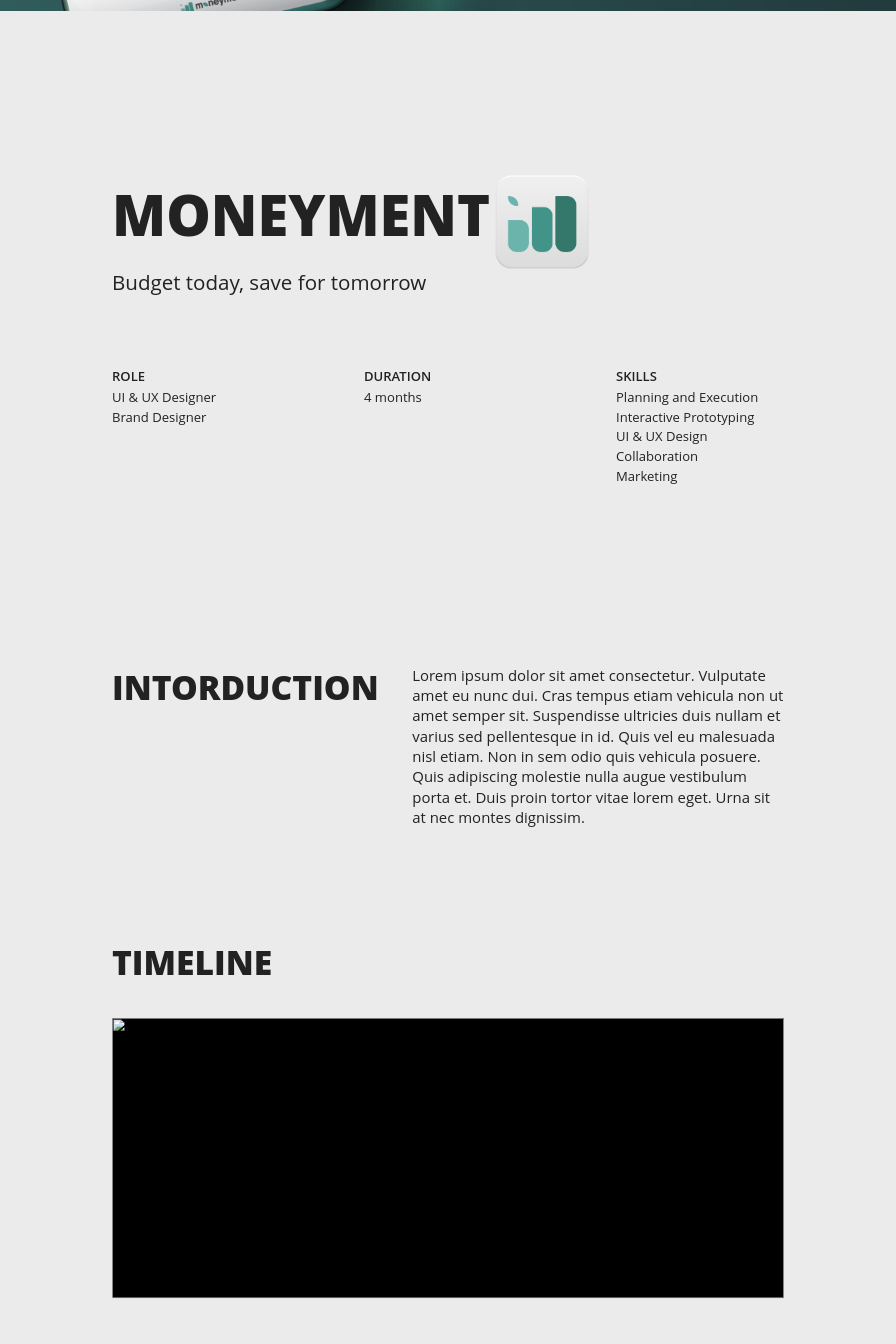
Repository: Haydenleung/Artifact
Page: /
An editor plug-in stored every save of this project. The page is shown before and after the next save, followed by the edit.
The browser window is 1280 px wide. The pictures show the part of the page from y = 902 to 2822 px (the page is 11971 px tall before and 11947 px after), at 70% of full size.
The project was rebuilt for these pictures with package versions that can differ from the ones it lists, and the page was loaded fresh each time. The framework's server and built-in components were replaced by stand-ins that run in the browser. Also part of the build but not shown: next.config.mjs.

Above is the page before, as saved 2024-01-29 16:11:04.

### src/pages/_app.tsx
import "@/styles/globals.css";
import type { AppProps } from "next/app";
import { ParallaxProvider } from 'react-scroll-parallax';

export default function App({ Component, pageProps }: AppProps) {
  return (
    <ParallaxProvider>
      <Component {...pageProps} />
    </ParallaxProvider>
  );
}

### src/pages/index.tsx
import Image from "next/image";
import Navbar from "@/components/Navbar";
import CaseStudy from "@/components/CaseStudy";
import Template from "@/components/Template";

export default function Home() {
  return (
    <main className={"page"}>
      <Navbar />
      <div className={"caseStudy"}>
        <CaseStudy />
      </div>
    </main>
  )
}

### src/styles/globals.css
/* ==========================================================================
    [Table of contents]

    1. BASE
        1.1 Page Rendering Defaults
        1.2 Core Styling
        1.3 Typography
    2. LAYOUT
        2.1 Core Layout
        2.2 Small only
        2.3 medium and up
        2.4 Medium only
        2.5 large screens and up
    3. UTILITY classes
    4. PRINT

    ========================================================================== */

/* ==========================================================================
   BASE
   ========================================================================== */

/* 1.1 Page Rendering Defaults */

html {
  color: #222;
  font-size: 1em;
}

::-moz-selection {
  background: #b3d4fc;
  text-shadow: none;
}

::selection {
  background: #b3d4fc;
  text-shadow: none;
}

audio,
canvas,
iframe,
i,
img,
svg,
video {
  vertical-align: middle;
}

fieldset {
  border: 0;
  margin: 0;
  padding: 0;
}

textarea {
  resize: vertical;
}

/* 1.2 Core Styling */

/* refer to https://css-tricks.com/box-sizing/ */

*,
*:before,
*:after {
  box-sizing: border-box;
}

img {
  width: 100%;
}

/* 1.3 Typgraphy */

@import url('https://fonts.googleapis.com/css2?family=Open+Sans:ital,wght@0,300;0,400;0,500;0,600;0,700;0,800;1,300;1,400;1,500;1,600;1,700;1,800&display=swap');

h1,
h2,
h3,
h4,
h5,
h6 {
  font-weight: 400;
  /* text-align: center; */
  margin: 0;
}

h1 {
  font-size: 60pt;
  font-weight: 200;
}

h2 {
  font-size: 16pt;
}

h4 {
  font-size: 9pt;
}

h5 {
  font-size: 8pt;
}

* {
  font-family: 'Open Sans', sans-serif;
}


/* ==========================================================================
 2. LAYOUT
 ========================================================================== */

/* Helper to display empty layout containers*/

div,
main,
section,
footer,
header {
  /* outline: 1px solid #ccc; */
}

body {
  padding: 0;
  margin: 0;
  background-color: rgb(235, 235, 235);
}

/* 2.1 Core layout */

.row {
  display: grid;
  row-gap: 1rem;
}

.col {
  position: relative;
}

.page {
  display: flex;
  flex-direction: column;
  justify-content: center;
  align-items: center;
}

.caseStudy {
  width: 100%;
  padding: 0rem 0rem;
}

/* Navbar */

/* 2.2 Small only */

@media screen and (max-width: 39.9375em) {}

/* 2.3 medium and up */

@media screen and (min-width: 40em) {}

/* 2.4 Medium only */

@media screen and (min-width: 40em) and (max-width: 63.9375em) {}

/* 2.5 large screens and up 2.6 Large only */

/* @media screen and (min-width: 64em) {

} */

### src/components/Navbar/index.tsx
import styles from './navbar.module.css'
import Image from 'next/image'
import Link from 'next/link'
import { useState } from 'react'
import logo from '../../../public/image/Logo.webp';


export default function Navbar() {

    const [isPage, setIsPage] = useState("Work");

    return (
        <div className={styles.container}>
            <Image className={styles.logo} src={logo} alt="logo" objectFit={'contain'} />
            <div className={styles.pages}>
                <Link href="/" className={isPage === "Work" ? styles.bold : styles.normal}>work</Link>
                <Link href="/" className={isPage === "about" ? styles.bold : styles.normal}>about</Link>
                <Link href="/" className={isPage === "resume" ? styles.bold : styles.normal}>resume</Link>
            </div>
        </div>
    )
}

### src/components/CaseStudy/index.tsx
import Image from "next/image"
import styles from './casestudy.module.css'
import banner from "../../../public/image/moneyment/banner.webp"
import icons from "../../../public/image/moneyment/titleicon.webp"

import { Parallax } from 'react-scroll-parallax';

export default function CaseStudy() {
    return (
        <div className={styles.project}>
            <Parallax speed={-30}>
                <Image src={banner} alt="" className={styles.projectCover} objectFit={'contain'} />
            </Parallax>
            <div className={`${styles.titleSection}`}>
                <div className={`${styles.projetTitle}`}>Moneyment
                    <Image src={icons} alt="" className={styles.projecticon} objectFit={'contain'} />
                </div>
                <h3 className={styles.projectTag}>Budget today, save for tomorrow</h3>
                <div className={styles.projectInfo}>
                    <div>ROLE
                        <div>UI & UX Designer<br />Brand Designer</div>
                    </div>
                    <div>DURATION
                        <div>4 months</div>
                    </div>
                    <div>SKILLS
                        <div>Planning and Execution</div>
                        <div>Interactive Prototyping</div>
                        <div>UI & UX Design</div>
                        <div>Collaboration</div>
                        <div>Marketing</div>
                    </div>
                </div>
            </div>

            <div className={`${styles.introduction}`}>
                <div className={`${styles.introTitle} ${styles.heading}`}>Intorduction</div>
                <div className={`${styles.introBody} ${styles.body}`}>Lorem ipsum dolor sit amet consectetur. Vulputate amet eu nunc dui. Cras tempus etiam vehicula non ut amet semper sit. Suspendisse ultricies duis nullam et varius sed pellentesque in id. Quis vel eu malesuada nisl etiam. Non in sem odio quis vehicula posuere. Quis adipiscing molestie nulla augue vestibulum porta et. Duis proin tortor vitae lorem eget. Urna sit at nec montes dignissim.</div>
            </div>
            <div className={`${styles.process} ${styles.section}`}>
                <div className={`${styles.processTitle} ${styles.heading}`}>Timeline</div>
                <Image src="/" alt="" width={100} height={400} className={styles.timelineImage} />
            </div>
            <div className={`${styles.problem} ${styles.section}`}>
                <div className={`${styles.problemTitle} ${styles.heading}`}>Problem</div>
                <div className={`${styles.problemBody} ${styles.body}`}>Lorem ipsum dolor sit amet consectetur. Vulputate amet eu nunc dui. Cras tempus etiam vehicula non ut amet semper sit. Suspendisse ultricies duis nullam et varius sed pellentesque in id. Quis vel eu malesuada nisl etiam. Non in sem odio quis vehicula posuere. Quis adipiscing molestie nulla augue vestibulum porta et. Duis proin tortor vitae lorem eget. Urna sit at nec montes dignissim.</div>
                <Image src="/" alt="" width={100} height={400} className={styles.problemImage} />
            </div>
            <div className={`${styles.research} ${styles.section}`}>
                <div className={`${styles.researchTitle} ${styles.heading}`}>Research</div>
                <div className={`${styles.researchBody} ${styles.body}`}>Lorem ipsum dolor sit amet consectetur. Vulputate amet eu nunc dui. Cras tempus etiam vehicula non ut amet semper sit. Suspendisse ultricies duis nullam et varius sed pellentesque in id. Quis vel eu malesuada nisl etiam. Non in sem odio quis vehicula posuere. Quis adipiscing molestie nulla augue vestibulum porta et. Duis proin tortor vitae lorem eget. Urna sit at nec montes dignissim.</div>
                <div className={`${styles.subGrid}`}>
                    <Image src="/" alt="" width={100} height={400} className={styles.problemImage} />
                    <div className={`${styles.subBody}`}>
                        <h4>Survey</h4>
                        <p>Lorem ipsum dolor sit amet consectetur. Vulputate amet eu nunc dui. Cras tempus etiam vehicula non ut amet semper sit. Suspendisse ultricies duis nullam et varius sed pellentesque in id. Quis vel eu malesuada nisl etiam. Non in sem odio quis vehicula posuere. Quis adipiscing molestie nulla augue vestibulum porta et. Duis proin tortor vitae lorem eget. Urna sit at nec montes dignissim. Lorem ipsum dolor sit amet consectetur. Vulputate amet eu nunc dui. Cras tempus etiam vehicula non ut amet semper sit. Suspendisse ultricies duis nullam et varius sed pellentesque in id. Quis vel eu malesuada nisl etiam. Non in sem odio quis vehicula posuere. Quis adipiscing molestie nulla augue</p>
                    </div>
                </div>
                <div className={`${styles.subGrid}`}>
                    <div className={`${styles.subBody}`}>
                        <h4>Finding</h4>
                        <p>Lorem ipsum dolor sit amet consectetur. Vulputate amet eu nunc dui. Cras tempus etiam vehicula non ut amet semper sit. Suspendisse ultricies duis nullam et varius sed pellentesque in id. Quis vel eu malesuada nisl etiam. Non in sem odio quis vehicula posuere. Quis adipiscing molestie nulla augue vestibulum porta et. Duis proin tortor vitae lorem eget. Urna sit at nec montes dignissim. Lorem ipsum dolor sit amet consectetur. Vulputate amet eu nunc dui. Cras tempus etiam vehicula non ut amet semper sit. Suspendisse ultricies duis nullam et varius sed pellentesque in id. Quis vel eu malesuada nisl etiam. Non in sem odio quis vehicula posuere. Quis adipiscing molestie nulla augue</p>
                    </div>
                    <Image src="/" alt="" width={100} height={400} className={styles.problemImage} />
                </div>
                <div className={`${styles.subSection}`}>
                    <h4>User Story</h4>
                    <p>Lorem ipsum dolor sit amet consectetur. Vulputate amet eu nunc dui. Cras tempus etiam vehicula non ut amet semper sit. Suspendisse ultricies duis nullam et varius sed pellentesque in id. Quis vel eu malesuada nisl etiam. Non in sem odio quis vehicula posuere. Quis adipiscing molestie nulla augue vestibulum porta et. Duis proin tortor vitae lorem eget. Urna sit at nec montes dignissim. Lorem ipsum dolor sit amet consectetur. Vulputate amet eu nunc dui. Cras tempus etiam vehicula non ut amet semper sit. Suspendisse ultricies duis nullam et varius sed pellentesque in id. Quis vel eu malesuada nisl etiam. Non in sem odio quis vehicula posuere. Quis adipiscing molestie nulla augue</p>
                    <Image src="/" alt="" width={100} height={400} className={styles.problemImage} />
                </div>
                <div className={`${styles.subSection}`}>
                    <h4>Persona</h4>
                    <p>Lorem ipsum dolor sit amet consectetur. Vulputate amet eu nunc dui. Cras tempus etiam vehicula non ut amet semper sit. Suspendisse ultricies duis nullam et varius sed pellentesque in id. Quis vel eu malesuada nisl etiam. Non in sem odio quis vehicula posuere. Quis adipiscing molestie nulla augue vestibulum porta et. Duis proin tortor vitae lorem eget. Urna sit at nec montes dignissim. Lorem ipsum dolor sit amet consectetur. Vulputate amet eu nunc dui. Cras tempus etiam vehicula non ut amet semper sit. Suspendisse ultricies duis nullam et varius sed pellentesque in id. Quis vel eu malesuada nisl etiam. Non in sem odio quis vehicula posuere. Quis adipiscing molestie nulla augue</p>
                    <Image src="/" alt="" width={100} height={400} className={styles.problemImage} />
                </div>
            </div>
            <div className={`${styles.design} ${styles.section}`}>
                <div className={`${styles.designTitle} ${styles.heading}`}>Design</div>
                <div className={`${styles.designBody} ${styles.body}`}>Lorem ipsum dolor sit amet consectetur. Vulputate amet eu nunc dui. Cras tempus etiam vehicula non ut amet semper sit. Suspendisse ultricies duis nullam et varius sed pellentesque in id. Quis vel eu malesuada nisl etiam. Non in sem odio quis vehicula posuere. Quis adipiscing molestie nulla augue vestibulum porta et. Duis proin tortor vitae lorem eget. Urna sit at nec montes dignissim.</div>
                <div className={`${styles.subGrid}`}>
                    <Image src="/" alt="" width={100} height={400} className={styles.problemImage} />
                    <div className={`${styles.subBody}`}>
                        <h4>Branding</h4>
                        <p>Lorem ipsum dolor sit amet consectetur. Vulputate amet eu nunc dui. Cras tempus etiam vehicula non ut amet semper sit. Suspendisse ultricies duis nullam et varius sed pellentesque in id. Quis vel eu malesuada nisl etiam. Non in sem odio quis vehicula posuere. Quis adipiscing molestie nulla augue vestibulum porta et. Duis proin tortor vitae lorem eget. Urna sit at nec montes dignissim. Lorem ipsum dolor sit amet consectetur. Vulputate amet eu nunc dui. Cras tempus etiam vehicula non ut amet semper sit. Suspendisse ultricies duis nullam et varius sed pellentesque in id. Quis vel eu malesuada nisl etiam. Non in sem odio quis vehicula posuere. Quis adipiscing molestie nulla augue</p>
                    </div>
                </div>
                <div className={`${styles.subGrid}`}>
                    <div className={`${styles.subBody}`}>
                        <h4>Logo</h4>
                        <p>Lorem ipsum dolor sit amet consectetur. Vulputate amet eu nunc dui. Cras tempus etiam vehicula non ut amet semper sit. Suspendisse ultricies duis nullam et varius sed pellentesque in id. Quis vel eu malesuada nisl etiam. Non in sem odio quis vehicula posuere. Quis adipiscing molestie nulla augue vestibulum porta et. Duis proin tortor vitae lorem eget. Urna sit at nec montes dignissim. Lorem ipsum dolor sit amet consectetur. Vulputate amet eu nunc dui. Cras tempus etiam vehicula non ut amet semper sit. Suspendisse ultricies duis nullam et varius sed pellentesque in id. Quis vel eu malesuada nisl etiam. Non in sem odio quis vehicula posuere. Quis adipiscing molestie nulla augue</p>
                    </div>
                    <Image src="/" alt="" width={100} height={400} className={styles.problemImage} />
                </div>
                <div className={`${styles.subSection}`}>
                    <h4>Wireframe</h4>
                    <p>Lorem ipsum dolor sit amet consectetur. Vulputate amet eu nunc dui. Cras tempus etiam vehicula non ut amet semper sit. Suspendisse ultricies duis nullam et varius sed pellentesque in id. Quis vel eu malesuada nisl etiam. Non in sem odio quis vehicula posuere. Quis adipiscing molestie nulla augue vestibulum porta et. Duis proin tortor vitae lorem eget. Urna sit at nec montes dignissim. Lorem ipsum dolor sit amet consectetur. Vulputate amet eu nunc dui. Cras tempus etiam vehicula non ut amet semper sit. Suspendisse ultricies duis nullam et varius sed pellentesque in id. Quis vel eu malesuada nisl etiam. Non in sem odio quis vehicula posuere. Quis adipiscing molestie nulla augue</p>
                    <Image src="/" alt="" width={100} height={400} className={styles.problemImage} />
                </div>
                <div className={`${styles.subSection}`}>
                    <h4>Prototype</h4>
                    <p>Lorem ipsum dolor sit amet consectetur. Vulputate amet eu nunc dui. Cras tempus etiam vehicula non ut amet semper sit. Suspendisse ultricies duis nullam et varius sed pellentesque in id. Quis vel eu malesuada nisl etiam. Non in sem odio quis vehicula posuere. Quis adipiscing molestie nulla augue vestibulum porta et. Duis proin tortor vitae lorem eget. Urna sit at nec montes dignissim. Lorem ipsum dolor sit amet consectetur. Vulputate amet eu nunc dui. Cras tempus etiam vehicula non ut amet semper sit. Suspendisse ultricies duis nullam et varius sed pellentesque in id. Quis vel eu malesuada nisl etiam. Non in sem odio quis vehicula posuere. Quis adipiscing molestie nulla augue</p>
                    <Image src="/" alt="" width={100} height={400} className={styles.problemImage} />
                </div>
            </div>
            <div className={`${styles.outcome} ${styles.section}`}>
                <div className={`${styles.outcomeTitle} ${styles.heading}`}>Outcome</div>
                <div className={`${styles.outcomeBody} ${styles.body}`}>Lorem ipsum dolor sit amet consectetur. Vulputate amet eu nunc dui. Cras tempus etiam vehicula non ut amet semper sit. Suspendisse ultricies duis nullam et varius sed pellentesque in id. Quis vel eu malesuada nisl etiam. Non in sem odio quis vehicula posuere. Quis adipiscing molestie nulla augue vestibulum porta et. Duis proin tortor vitae lorem eget. Urna sit at nec montes dignissim.</div>
            </div>
            <Image src="/" alt="" width={100} height={400} className={styles.problemImage} />
            <div className={`${styles.wrapup} ${styles.section}`}>
                <div className={`${styles.wrapupTitle} ${styles.heading}`}>Wrap Up</div>
                <div className={`${styles.wrapupBody} ${styles.body}`}>Lorem ipsum dolor sit amet consectetur. Vulputate amet eu nunc dui. Cras tempus etiam vehicula non ut amet semper sit. Suspendisse ultricies duis nullam et varius sed pellentesque in id. Quis vel eu malesuada nisl etiam. Non in sem odio quis vehicula posuere. Quis adipiscing molestie nulla augue vestibulum porta et. Duis proin tortor vitae lorem eget. Urna sit at nec montes dignissim.</div>
                <Image src="/" alt="" width={100} height={400} className={styles.problemImage} />
            </div>
        </div >
    )
}

### src/components/Navbar/navbar.module.css
.container {
    /* background-color: rgba(235, 235, 235, 1); */
    padding: 0.5rem;
    width: 100%;
    padding: 3rem 10rem;
    display: flex;
    flex-direction: row;
    justify-content: space-between;
    position: fixed;
    top: 0;
    min-height: 44px;
    z-index: 999;
}

.logo {
    width: 5rem;
    height: auto;
    object-fit: contain;
}

.pages {
    display: flex;
    flex-direction: row;
    gap: 3rem;
}

.bold {
    font-weight: 600;
    color: black;
    text-decoration: none;
}

.normal {
    color: black;
    text-decoration: none;
}

### src/components/CaseStudy/casestudy.module.css
.project {
    display: flex;
    flex-direction: column;
    /* gap: 2rem; */
}

.section {
    padding: 10rem 10rem 0rem 10rem;
    display: flex;
    flex-direction: column;
    gap: 3rem;
    z-index: 2;
    background-color: rgb(235, 235, 235);
}

.heading {
    font-size: 36pt;
    font-weight: 800;
    text-transform: uppercase;
}

.body {
    font-size: 16pt;
}

.titleSection {
    padding: 12rem 10rem 0rem 10rem;
    z-index: 2;
    background-color: rgb(235, 235, 235);
}

.projetTitle {
    font-size: 60pt;
    font-weight: 800;
    text-transform: uppercase;
    display: flex;
    gap: 0.5rem;
}

.projecticon {
    width: 100pt;
    height: 100pt;
    aspect-ratio: 1/1;
}

.projectTag {
    font-size: 22pt;
    font-weight: 400;
}

.projectInfo {
    display: flex;
    flex-direction: row;
    padding: 6rem 0 4rem 0;
    gap: 2rem;
    justify-content: space-between;
}

.projectInfo>div {
    width: 25%;
    font-weight: 600;
    line-height: 180%;
    font-size: 14pt;
}

.projectInfo>div>div {
    font-weight: 400;
    line-height: 180%;
    font-size: 14pt;
    line-height: 150%;
}

.projectCover {
    left: 0;
    width: 100%;
    height: 60rem;
    object-fit: cover;
    background-color: black;
    z-index: 1;
}

.introduction {
    position: relative;
    display: flex;
    flex-direction: row;
    gap: 3rem;
    padding: 12rem 10rem 0 10rem;
    z-index: 2;
    background-color: rgb(235, 235, 235);
}

.problemImage,
.timelineImage {
    background-color: black;
}

.subGrid {
    display: grid;
    grid-template-columns: 1fr 1fr;
    gap: 3rem;
    padding-top: 1rem;
}

.subBody {
    display: flex;
    flex-direction: column;
}

.subSection>h4,
.subBody>h4 {
    font-size: 32pt;
    font-weight: 600;
}

.subSection>p,
.subBody>p {
    font-size: 16pt;
    font-weight: 400;
}

.subSection {
    display: flex;
    flex-direction: column;
    gap: 1rem;
    padding-top: 1rem;
}

Loaded but not shown: src/pages/_document.tsx (common file)

After the next save:
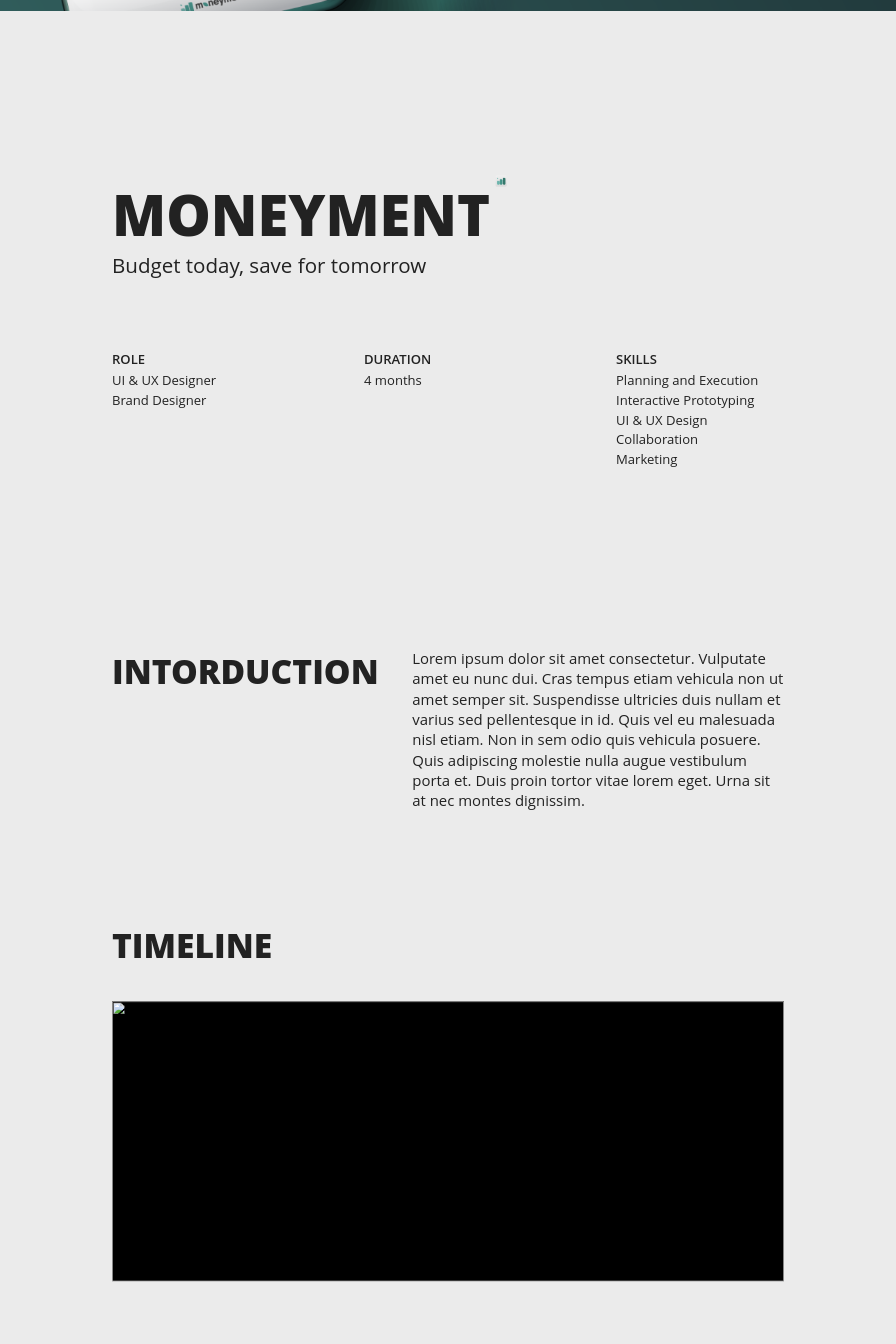
Saved 7 s later.
--- a/src/components/CaseStudy/casestudy.module.css
+++ b/src/components/CaseStudy/casestudy.module.css
@@ -38,8 +38,8 @@
 }
 
 .projecticon {
-    width: 100pt;
-    height: 100pt;
+    width: 1rem;
+    height: 1rem;
     aspect-ratio: 1/1;
 }
 
